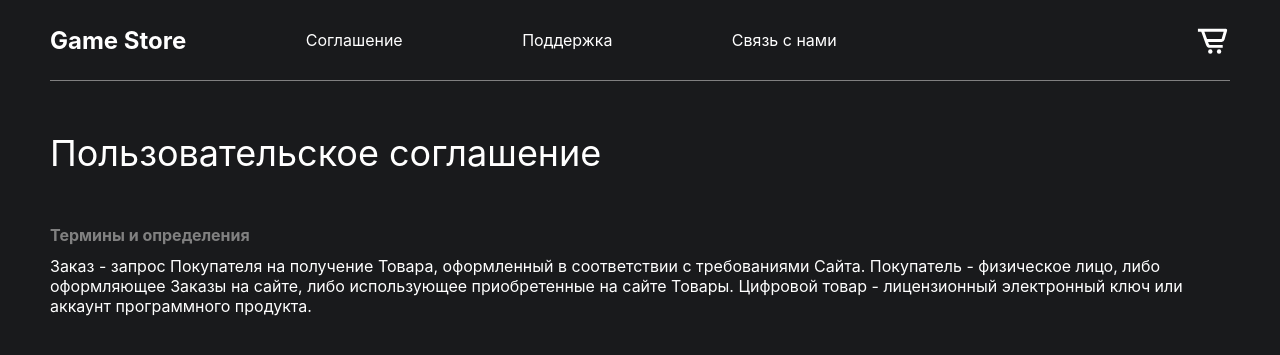
Repository: Minkeani/GameStore
Page: /agreement
An editor plug-in stored every save of this project. The page is shown before and after the next save, followed by the edit.
The browser window is 1280 px wide. The pictures show the whole page.
The project was rebuilt for these pictures with package versions that can differ from the ones it lists, and the page was loaded fresh each time. Also part of the build but not shown: src/components/ItemsInCart/ItemsInCart.css, src/components/ItemsInCart/ItemsInCart.jsx, src/components/CartMenu/CartMenu.css, src/components/Btn/Btn.css, src/components/Btn/Btn.jsx, src/components/CartItem/CartItem.css, src/components/CartItem/CartItem.jsx, src/components/utils/utils.js and 18 more.

Above is the page before, as saved 2022-09-11 10:38:23.

### src/index.js
import React from 'react';
import ReactDOM from 'react-dom/client';
import './index.css';
import App from './App';
import reportWebVitals from './reportWebVitals';

const root = ReactDOM.createRoot(document.getElementById('root'));
root.render(
    <App />
);

### src/index.css
body {
  margin: 0;
  font-family: -apple-system, BlinkMacSystemFont, 'Segoe UI', 'Roboto', 'Oxygen',
    'Ubuntu', 'Cantarell', 'Fira Sans', 'Droid Sans', 'Helvetica Neue',
    sans-serif;
  -webkit-font-smoothing: antialiased;
  -moz-osx-font-smoothing: grayscale;
    background-color: rgb(25, 26, 28);
}

code {
  font-family: source-code-pro, Menlo, Monaco, Consolas, 'Courier New',
    monospace;
}

.App {
  max-width: 1180px;;
  margin: 0 auto;
  padding: 0 40px;
  color: white;
}

a {
  color: white;
  text-decoration: none;
}

.secondary-text {
  color: rgb(80, 82, 84);
}

### src/App.js
import { BrowserRouter, Routes, Route } from "react-router-dom";
import Header from "./components/Header/Header";
import { Provider } from "react-redux";
import GamePage from "./components/GamePage/GamePage";
import OrderPage from "./components/OrderPage/OrderPage";
import HomePage from "./pages/HomePage/HomePage";
import {store} from './redux'
import Agreement from "./components/Agreement/Agreement";


function App() {
  return (
    <Provider store={store}>
    <BrowserRouter>
      <div className="App">
        <Header />
        <Routes>
          <Route path="/" element={<HomePage />} />
          <Route path="/app/:title" element={<GamePage />} />
          <Route path="/order" element={<OrderPage />} />
          <Route path="/agreement" element={<Agreement />} />
        </Routes>
      </div>
    </BrowserRouter>
    </Provider>
  );
}

export default App;

### src/components/Header/Header.js
import React from 'react'
import { Link } from 'react-router-dom'
import CartBlock from '../CartBlock/CartBlock'
import './Header.css'

export default function Header() {
  return (
    <div className="header">
      <div className="wrapper">
            <Link to='/' className='header__store-title'>Game Store</Link>
            <Link to='/Agreement'>Соглашение</Link>
            <Link to='/'>Поддержка</Link>
            <a to='/'>Связь с нами</a>

      </div>
      <div className="wrapper header__cart-btn-wrapper">
        <CartBlock/>
      </div>
    </div>
  )
}

### src/redux/index.js
import { configureStore } from '@reduxjs/toolkit';
import gamesReducer from './games/gamesReducer';
import reducerCart from './cart/reducerCart';

export const store = configureStore({
    reducer: {
        games: gamesReducer,
        cart: reducerCart
    }
  })

### src/components/Agreement/Agreement.jsx
import React from "react";
import Title from "../Ui/Title/Title";
import BigTitle from "../Ui/BigTitle/BigTitle";
import P from "../Ui/P/P";
import "./Agreement.css";

const Agreement = () => {
  return (
    <div>
      <BigTitle>Пользовательское соглашение</BigTitle>
      <Title>Термины и определения</Title>
      <P>
        Заказ - запрос Покупателя на получение Товара, оформленный в
        соответствии с требованиями Сайта. Покупатель - физическое лицо, либо
        оформляющее Заказы на сайте, либо использующее приобретенные на сайте
        Товары. Цифровой товар - лицензионный электронный ключ или аккаунт
        программного продукта.
      </P>
    </div>
  );
};

export default Agreement;

### src/components/CartBlock/CartBlock.jsx
import React, { useState, useCallback } from "react";
import "./CartBlock.css";
import { useSelector } from "react-redux";
import { BiCartAlt } from "react-icons/bi";
import ItemsInCart from "../ItemsInCart/ItemsInCart";
import CartMenu from "../CartMenu/CartMenu";
import { useNavigate } from "react-router-dom";

export default function CartBlock() {
  const items = useSelector((state) => state.cart.itemsInCart);
  const totalPrice = items.reduce((acc, game) => (acc += game.price), 0);
  const [isCartMenuVisible, setCartMenuVisible] = useState(false)

  const navigate = useNavigate()

  const handleClick = useCallback(() => {
    setCartMenuVisible(false)
    navigate('/order')
  }, [navigate])

  return (
    <div className="cart-block">
      <ItemsInCart quantity={items.length}/>
      <BiCartAlt size={35} className="cart-icon" onClick={() => setCartMenuVisible(!isCartMenuVisible)} />
      {totalPrice > 0 ? (
        <span className="total-price">{totalPrice} руб</span>
      ) : null}

     {isCartMenuVisible ? <CartMenu items={items} onClick={handleClick} /> : ''}
    </div>
  );
}

### src/components/Header/Header.css
.header {
    height: 80px;
    display: flex;
    align-items: center;
    justify-content: space-between;
    margin-bottom: 30px;
    border-bottom: 1px solid gray
}

.wrapper {
    display: flex;
    flex-grow: 1;
    align-items: center;
    justify-content: space-between;

}

.wrapper a{

}

.header__store-title {
    color: white;
    text-decoration: none;
    font-size: 24px;
    font-weight: bold;
}

.header__cart-btn-wrapper {
    justify-content: flex-end;
}

### src/redux/games/gamesReducer.js
import { createSlice } from '@reduxjs/toolkit'

const gamesSlice = createSlice({
  name: 'games',
  initialState: {
    currentGame: null
  },
  reducers: {
    setCurrentGame: (state, action) => {
      state.currentGame = action.payload
    },
  }
});

export const { setCurrentGame } = gamesSlice.actions;
export default gamesSlice.reducer;

### src/redux/cart/reducerCart.js
import { createSlice } from "@reduxjs/toolkit";

const cartSlice = createSlice({
    name: 'cart',
    initialState: {
        itemsInCart: []
    },
    reducers: {
        setItemInCart: (state, action) => {
            state.itemsInCart.push(action.payload)
    },
        deleteItemFromCart: (state, action) => {
        state.itemsInCart = state.itemsInCart.filter(game => game.id !== action.payload)
    }
}
});

export const {setItemInCart, deleteItemFromCart} = cartSlice.actions;
export default cartSlice.reducer;

### src/components/Ui/Title/Title.jsx
import React from 'react';
import './Title.css'

const Title = ({children}) => {
    return (
        <div className='Title'>
            {children}
        </div>
    );
}

export default Title;

### src/components/Ui/BigTitle/BigTitle.jsx
import React from 'react';
import './BigTitle.css'

const BigTitle = ({children}) => {
    return (
        <h2 className='BigTitle'>
            {children}
        </h2>
    );
}

export default BigTitle;

### src/components/Ui/P/P.jsx
import React from 'react';
import './P.css'

const P = ({children}) => {
    return (
        <div>
            {children}
        </div>
    );
}

export default P;

### src/components/CartBlock/CartBlock.css
.cart-block {
    display: flex;
    align-items: center;
    position: relative;
}

.total-price {
    margin-left: 15px;
    font-size: 18px;
    font-weight: bold;
}

.cart-icon {
    cursor: pointer;
    position: relative;
}

### src/components/Ui/Title/Title.css
.Title {
    color: gray;
    font-weight: 700;
    line-height: 1.3;
    margin: 15px 0 10px;
}

### src/components/Ui/BigTitle/BigTitle.css
.BigTitle {
    font-size: 36px;
    font-weight: 400;
    color: #fff;
    padding: 20px 0;
}

### src/components/Ui/P/P.css
.paragraph {
    margin-bottom: 10px;
    color: gray;
    font-size: 14px;
    font-weight: 400;
    font-style: normal;
}

Loaded but not shown: public/index.html (common file); src/reportWebVitals.js (common file)

After the next save:
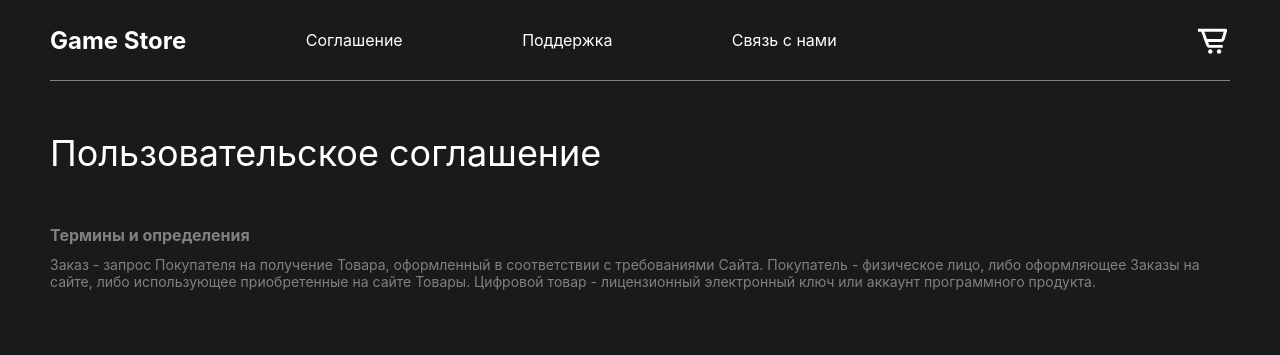
Saved 14 s later.
--- a/src/components/Ui/P/P.jsx
+++ b/src/components/Ui/P/P.jsx
@@ -3,7 +3,7 @@ import './P.css'
 
 const P = ({children}) => {
     return (
-        <div>
+        <div className='paragraph'>
             {children}
         </div>
     );
